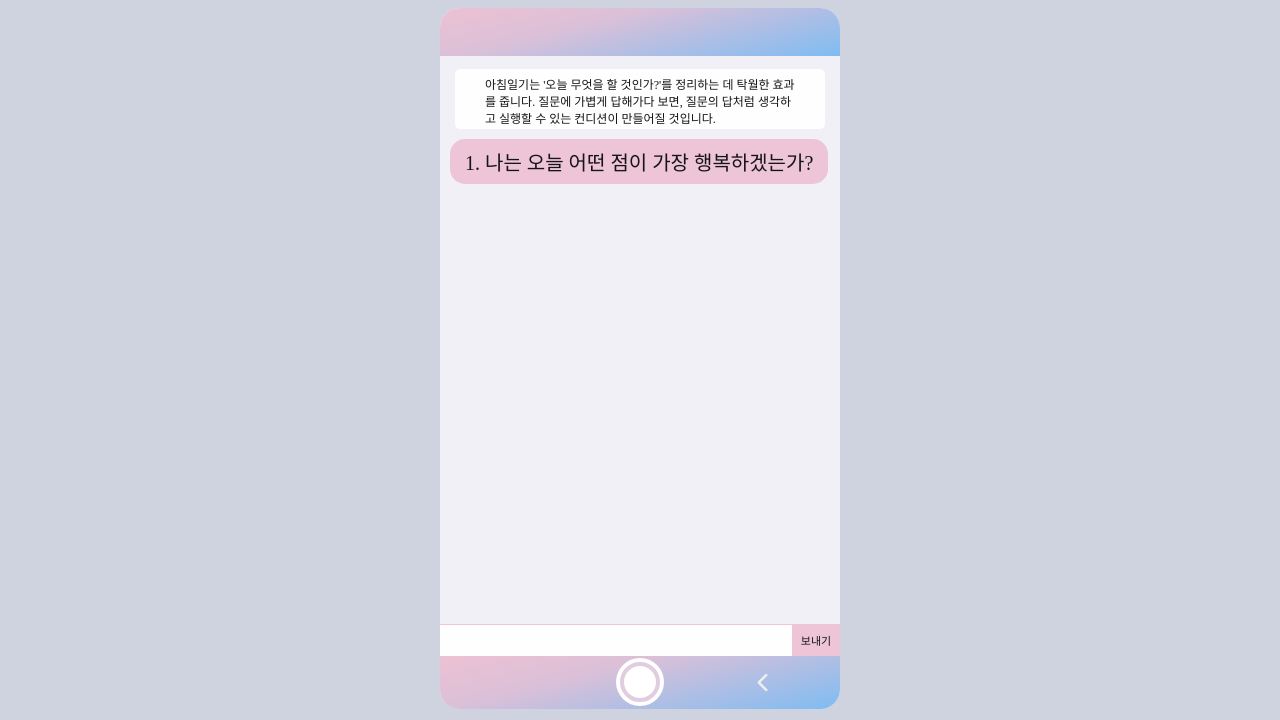
Repository: jinhee196/diary
Page: index.html
An editor plug-in stored every save of this project. The page is shown before and after the next save, followed by the edit.
The browser window is 1280 px wide. The pictures show the whole page.
After loading, the first visible `button.note2` was clicked once.
Some web fonts or font styles are not loaded; a fallback is used. Some web libraries are served in a nearby version.

Above is the page before, as saved 2021-06-05 16:26:13.

### index.html
<!DOCTYPE html>
<html lang="ko">
<head>
    <meta charset="UTF-8">
    <meta http-equiv="X-UA-Compatible" content="IE=edge">
    <meta name="viewport" content="width=device-width, initial-scale=1.0">
    <title>secret Note</title>
    <script src="https://kit.fontawesome.com/ef20572bd9.js" crossorigin="anonymous"></script>
    <link rel="stylesheet" href="style.css">
    <link rel="preconnect" href="https://fonts.gstatic.com">
<link href="https://fonts.googleapis.com/css2?family=Hi+Melody&family=Nanum+Brush+Script&display=swap" rel="stylesheet">
    <script src="js/main.js" defer></script>
    <script src="js/data.js"></script>
</head>
<body>
  <div class="container">
      <header class="header"></header>

      <section id="main">
        <h1 class="main__title">SECRET DIARY</h1>
        <p class="main__desc">작가 Bodo Schaefer의 &#60;멘탈의 연금술&#62;을 바탕으로 만든 일기장입니다.
                              책의 내용을 토대로 전략적인 일기를 써보세요:) 긍정적인 삶으로 나아갈 수 있을 것입니다. </p>
        <button class="note1">일기쓰기</button>
        <button class="note2">아침일기</button>
        <button class="note3">걱정과 두려움을 <br>다루는 방법</button>
      </section>

      <section id="daily">
        <div class="daily__weather"></div>
        <div class="daily__emotion"></div>
        <div class="daily__Note">
          <button class="daily__submit">완료</button>
          <input class="daily__title" placeholder="제목을 입력하세요"></input>
          <textarea class="daily__text"></textarea>

        </div>
      </section>

      <section id="morning">
        <p class="desc">아침일기는 '오늘 무엇을 할 것인가?'를 정리하는 데 탁월한 효과를 줍니다. 질문에 가볍게 답해가다 보면,
          질문의 답처럼 생각하고 실행할 수 있는 컨디션이 만들어질 것입니다.  </p>
        <ul class="items">
          <!-- <li class="item">test</li>
          <li class="item-sub">subtest</li> -->
        </ul>
        <div class="message">
        <input type="text" class="footer__input" />
        <button class="footer__submit">보내기</button>
        </div>
    </section>

    <section id="list">
      <p class="desc">두려움과 걱정의 목록들을 리스트로 만들고 지속적으로 업데이트하세요.
        구체적으로 작성해 두려움을 잘게 쪼개다보면 엄습하는 두려움을 무력화시킬 수 있을 것입니다. </p>
      <ul class="items">
        <!-- <li class="item">test</li>
        <li class="item-sub">subtest</li> -->
      </ul>
      <div class="message">
      <input type="text" class="footer__input" />
      <button class="footer__submit">보내기</button>
      </div>
  </section>

    <footer class="footer">
      <button class="footer__button">
        <div class="circle"></div>
       </button>
       <i class="fas fa-chevron-left"></i>
     </footer>
  </div>
</body>
</html>

### style.css
* {
  box-sizing: border-box;
  font-family: "Hi Melody", cursive;
}
ul {
  padding: 0;
}

button {
  outline: none;
  background: transparent;
  border: none;
  cursor: pointer;
}
body {
  background-color: #ced3df;
  text-align: center;
}

section {
  height: 600px;
}
.container {
  width: 400px;
  margin: auto;
  background-color: #f1f0f7;
  border-radius: 20px;
}

.header {
  height: 48px;
  padding: 8px;
  font-size: 24px;
  background: rgba(237, 193, 211);

  background: linear-gradient(
    166deg,
    rgba(237, 193, 211, 1) 0%,
    rgba(219, 192, 216, 1) 35%,
    rgba(127, 188, 242, 1) 100%
  );

  border-radius: 20px 20px 0 0;
  color: #fff;
}

#main {
  display: flex; /*flex*/
  flex-direction: column;
  justify-content: center;
  align-items: center;
  overflow: hidden;
}
.main__title {
  font-family: "Nanum Brush Script", cursive;
  letter-spacing: 1px;
  font-size: 40px;
  color: #555;
}
.main__desc {
  padding: 0 30px;
  font-size: 18px;
  margin-bottom: 30px;
}
#main button {
  width: 130px;
  padding: 13px 15px;
  margin: 5px 0;
  border-radius: 10px;
  color: #222;
  font-size: 16px;
  transition: transform 300ms;
}
#main button:hover {
  transform: scale(1.1);
}
.note1 {
  background-color: rgba(219, 192, 216, 1);
}
.note2 {
  background-color: rgba(127, 188, 242, 1);
}
.note3 {
  background-color: rgba(219, 192, 216, 1);
}

#daily {
  display: none;
}
.daily__weather {
  display: none;
}
.daily__emotion {
  display: none;
  position: relative;
}
.daily__Note {
  display: none;
  width: 100%;
  height: 100%;
}
.daily__title {
  width: 100%;
  height: 10%;
  outline: none;
  padding: 20px;
  font-size: 22px;
  border: none;
  border-bottom: 1px solid #ddd;
}
.daily__text {
  width: 100%;
  height: 85%;
  line-height: 1.6;
  padding: 20px;
  outline: none;
  border: none;
  resize: none;
  font-size: 18px;
}
.daily__submit {
  height: 5%;
  font-size: 16px;
  color: #555;
  float: right;
  margin-right: 10px;
}
.daily__submit:hover {
  color: rgb(255, 110, 238);
}
#morning {
  display: none;
  overflow: hidden;
}
#list {
  display: none;
  overflow: hidden;
}
.desc {
  width: 370px;
  height: 60px;
  font-size: 12px;
  text-align: left;
  padding: 8px 30px;
  margin: 15px auto 0;
  background-color: #fff;
  border-radius: 5px;
  line-height: 1.4;
}
.items {
  height: 495px;
  overflow-y: auto;
  margin: 0;
  font-size: 20px;
}

.item {
  padding: 8px 15px;
  margin: 10px;
  border-radius: 15px;
  background: rgba(237, 193, 211);
  display: inline-block;
  float: left;
  clear: both;
}
.item-sub {
  padding: 8px 15px;
  margin: 10px;
  border-radius: 15px;
  background: rgba(127, 188, 242, 1);
  display: inline-block;
  float: right;
  clear: both;
}

.footer {
  background: rgba(237, 193, 211);

  background: linear-gradient(
    166deg,
    rgba(237, 193, 211, 1) 0%,
    rgba(219, 192, 216, 1) 35%,
    rgba(127, 188, 242, 1) 100%
  );
  border-radius: 0 0 20px 20px;
  position: relative;
}
.message {
  width: 100%;
}
.footer__input {
  width: 88%;
  height: 32px;
  border: none;
  outline: none;
  font-size: 20px;
  font-weight: 400;
  padding: 0 16px;
  float: left;
  border-top: 1px solid rgba(237, 193, 211);
}

.footer__submit {
  width: 12%;
  height: 32px;
  float: right;
  background-color: rgba(237, 193, 211);
  font-size: 11px;
  padding: 0;
}
.footer__button {
  width: 48px;
  height: 48px;
  background-color: #fff;
  border-radius: 50%;
  transition: transform 300ms ease-in;
  margin-top: 2px;
}
.circle {
  width: 40px;
  height: 40px;
  border: 4px solid rgba(219, 192, 216, 0.8);
  border-radius: 50%;
  margin-left: -2px;
}
.fa-chevron-left {
  font-size: 20px;
  color: #eee;
  position: absolute;
  right: 70px;
  top: 50%;
  transform: translateY(-50%);
  cursor: pointer;
}
.footer__button:hover {
  transform: scale(1.1);
}

@keyframes fadeIn {
  from {
    opacity: 0;
  }
  to {
    opacity: 1;
  }
}

@keyframes fadeOut {
  from {
    opacity: 1;
  }
  to {
    opacity: 0;
  }
}

.fadeIn {
  animation: fadeIn;
  animation-duration: 1s;
}

.fadeOut {
  animation: fadeOut;
  animation-duration: 1s;
}

### js/data.js
const morningList = [
  {
    q: '1. 나는 오늘 어떤 점이 가장 행복하겠는가?'
  },
  {
    q: '2. 오늘 내게 가장 큰 동기부여를 해주는 것은 무엇인가?'
  },
  {
    q: '3.오늘 무엇에 가장 감사해야 하겠는가?'
  },
  {
    q: '4.오늘 내게 직언과 조언을 해줄 사람들은 누구인가?'
  },
  {
    q: '5. 오늘 내 컨디션으로 볼 때 가장 잘해낼 것 같은 일은 무엇인가?'
  },
  {
    q: '6. 오늘 내가 꼭 알아야 할 것은 무엇인가?'
  },
  {
    q: '7. 오늘 두려움과 긴장을 유쾌하게 다뤄줄 필살기는 무엇인가?'
  },
  {
    q: '8. 오늘 꼭 해야할 과제 한 가지는 무엇인가?'
  }
]

const qnaList = [
  {
    q: '지금 가장 두려운 것이 무엇입니까?'
  },
  {
    q: '그것이 왜 두려우십니까? 구체적으로 작성해보세요.'
  },
  {
    q: '가장 큰 두려움에서부터 사소한 걱정까지 낱낱이 기록하세요.'
  }
]

const dailyNote = [
  {
    q: '지금의 날씨를 선택해주세요',
    a: [
      { answer: 'images/weather-icon-set_03.png'},
      { answer: 'images/weather-icon-set_05.png' },
      { answer: 'images/weather-icon-set_07.png' },
      { answer: 'images/weather-icon-set_13.png' },
      { answer: 'images/weather-icon-set_17.png' },
      { answer: 'images/weather-icon-set_21.png' },
    ]
  },
  {
    q: '지금의 기분을 골라보세요',
    a: [
      { answer: 'images/emtion_03.png' },
      { answer: 'images/emtion_05.png' },
      { answer: 'images/emtion_07.png' },
      { answer: 'images/emtion_12.png' },
      { answer: 'images/emtion_13.png' },
      { answer: 'images/emtion_14.png' },
      { answer: 'images/emtion_18.png' },
      { answer: 'images/emtion_19.png' },
      { answer: 'images/emtion_20.png' },
    ]
  }
]

### js/main.js
const note1 = document.querySelector('.note1');
const note2 = document.querySelector('.note2');
const note3 = document.querySelector('.note3');

const main = document.querySelector('#main');
const morning = document.querySelector('#morning');
const list = document.querySelector('#list');

const items = document.querySelector('.items');
const input = document.querySelector('.footer__input');
const addBtn = document.querySelector('.footer__submit');

// note1.addEventListener('click', () => {

// });


note2.addEventListener('click', ()=>{
    main.style.animation = "fadeOut 1s";
    setTimeout(() => {
      morning.style.animation = "fadeIn 1s";
      setTimeout(() => {
        main.style.display = "none";
        morning.style.display = "block";
        input.focus();
      }, 450)
      let qIdx = 0;
      goNext(qIdx);
    }, 450);
});

note3.addEventListener('click', ()=>{
    main.style.animation = "fadeOut 1s";
    setTimeout(() => {
      list.style.animation = "fadeIn 1s";
      setTimeout(() => {
        main.style.display = "none";
        list.style.display = "block";
        input.focus();
      }, 450)
      let qIdx = 0;
      goNext(qIdx);
    }, 450);
});

function goNext(qIdx){
    const item = document.createElement('li');
    item.setAttribute('class', 'item');
    item.innerHTML = morningList[qIdx].q;
    items.appendChild(item);
  }

function onAdd() {
  const text = input.value;
  if (text === '') {
    input.focus();
    return;
  }
  const item = createItem(text); //function
  items.appendChild(item);
  item.scrollIntoView({ block: 'center' });
  input.value = '';
  input.focus();
}

function createItem(text) {
  const itemRow = document.createElement('li');
  itemRow.setAttribute('class', 'item-sub');
  itemRow.innerHTML = text;
  return itemRow;
}

addBtn.addEventListener('click', () => {
  onAdd();
});

input.addEventListener('keypress', event => {
  if (event.key === 'Enter') {
    onAdd();
  }
});

After the next save:
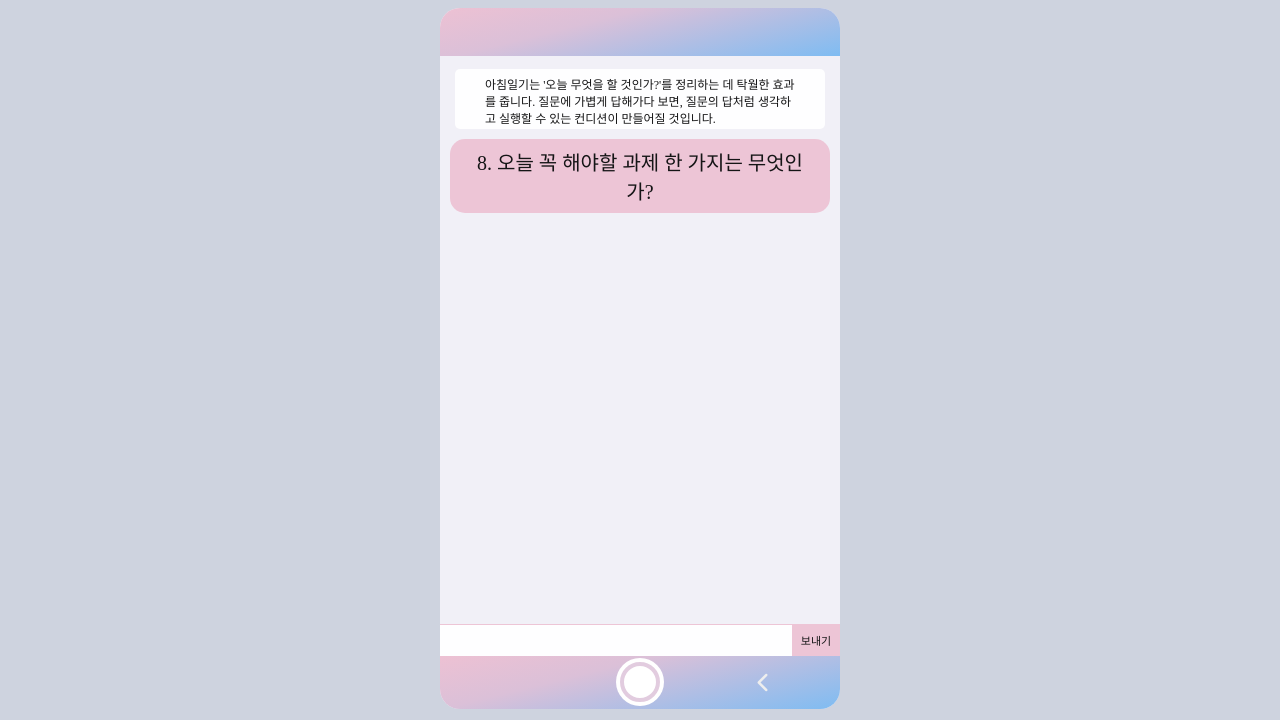
Saved 3 min 7 s later.
--- a/js/main.js
+++ b/js/main.js
@@ -24,8 +24,7 @@ note2.addEventListener('click', ()=>{
         morning.style.display = "block";
         input.focus();
       }, 450)
-      let qIdx = 0;
-      goNext(qIdx);
+      goNext();
     }, 450);
 });
 
@@ -38,15 +37,16 @@ note3.addEventListener('click', ()=>{
         list.style.display = "block";
         input.focus();
       }, 450)
-      let qIdx = 0;
-      goNext(qIdx);
     }, 450);
 });
 
-function goNext(qIdx){
+function goNext(){
     const item = document.createElement('li');
     item.setAttribute('class', 'item');
-    item.innerHTML = morningList[qIdx].q;
+    for(let i = 0; i < morningList.length; i++) {
+      item.innerHTML = morningList[i].q;
+    }
+
     items.appendChild(item);
   }
 
